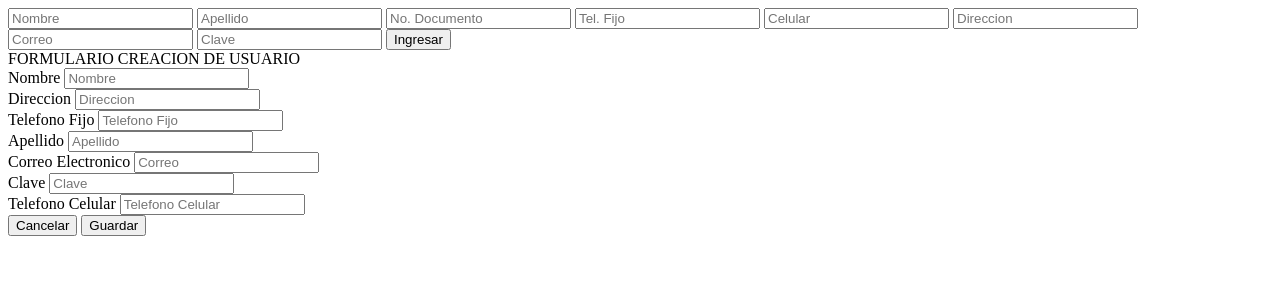
Repository: DA5CH25/kohaku_php
Page: http://localhost/kohaku_php/views/modules/ingresar.php
An editor plug-in stored every save of this project. The page is shown before and after the next save, followed by the edit.
The browser window is 1280 px wide. The pictures show the whole page.
The page is run by PHP 8.4 with error messages shown; the project is at /var/www/html/.

Above is the page before, as saved 2021-05-16 19:44:01.

After the next save:
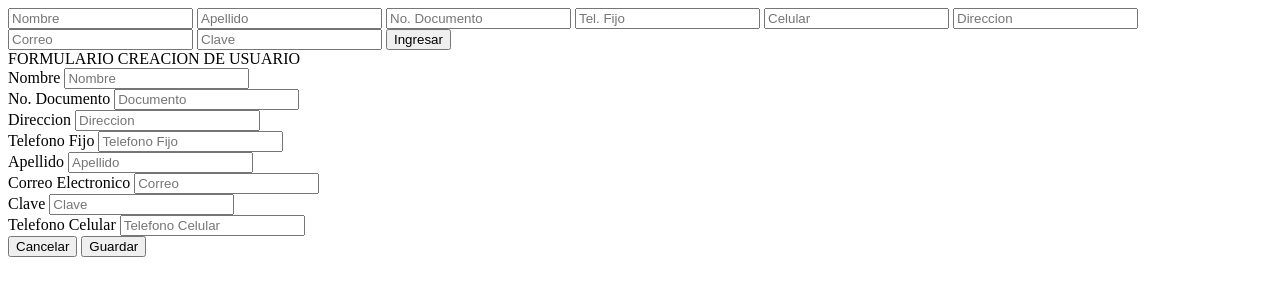
Saved 4 s later.
--- a/views/modules/ingresar.php
+++ b/views/modules/ingresar.php
@@ -30,6 +30,10 @@
 											<div class="form-group">
 												<label for="fullName">Nombre</label>
 												<input type="text" class="form-control" id="fullName" placeholder="Nombre">
+											</div>
+											<div class="form-group">
+												<label for="eMail">No. Documento</label>
+												<input type="email" class="form-control" id="eMail" placeholder="Documento">
 											</div>
 											<div class="form-group">
 												<label for="addRess">Direccion</label>
